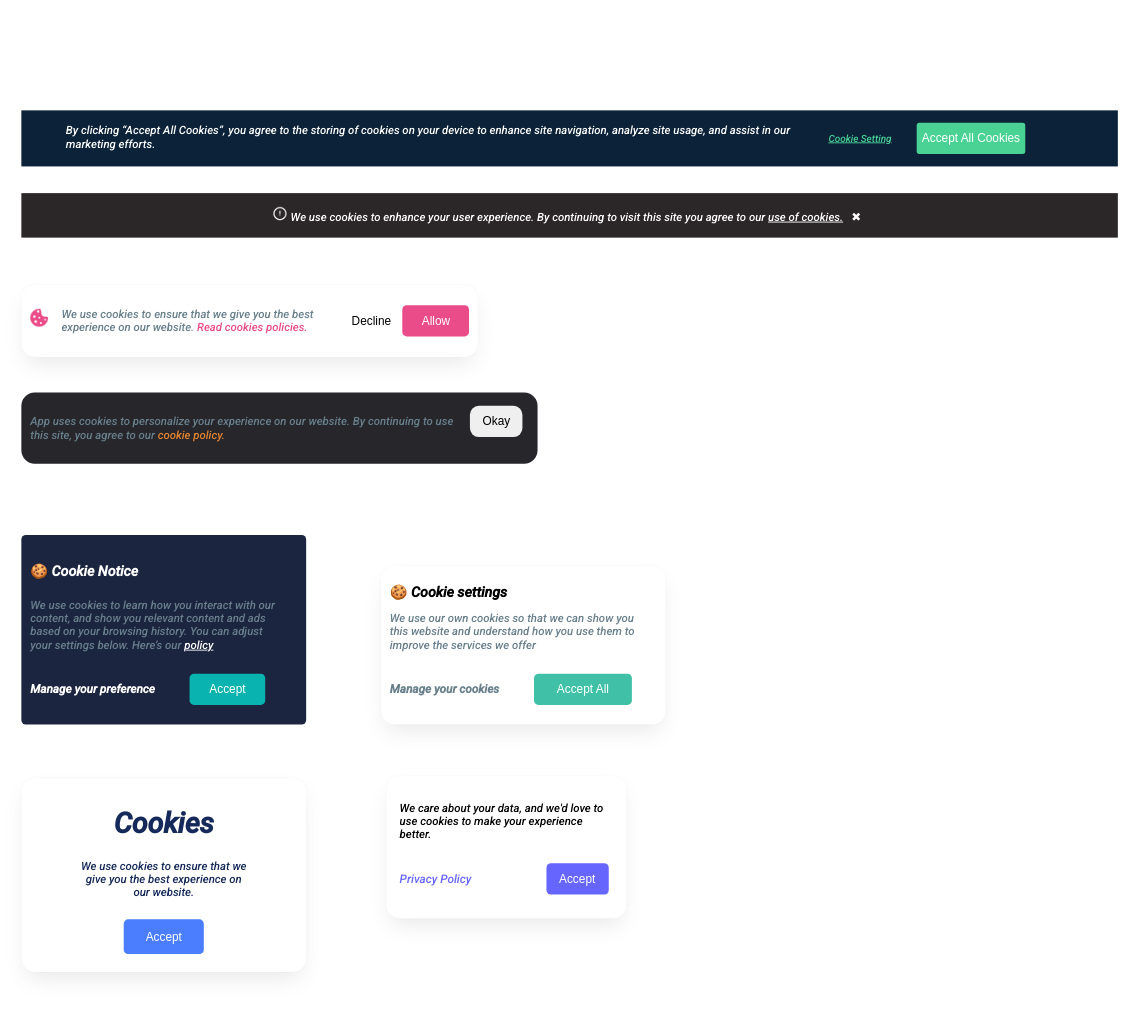
Repository: batonAnton/cursor_cookies_lectr3
Page: index.html
These files come from the project's save history. The page is drawn as it stood at one moment and after the next save; the edit follows.
The browser window is 1280 px wide. The pictures show the whole page, at 89% of full size.

Above is the page before, as saved 2022-06-01 15:16:24.

After the next save:
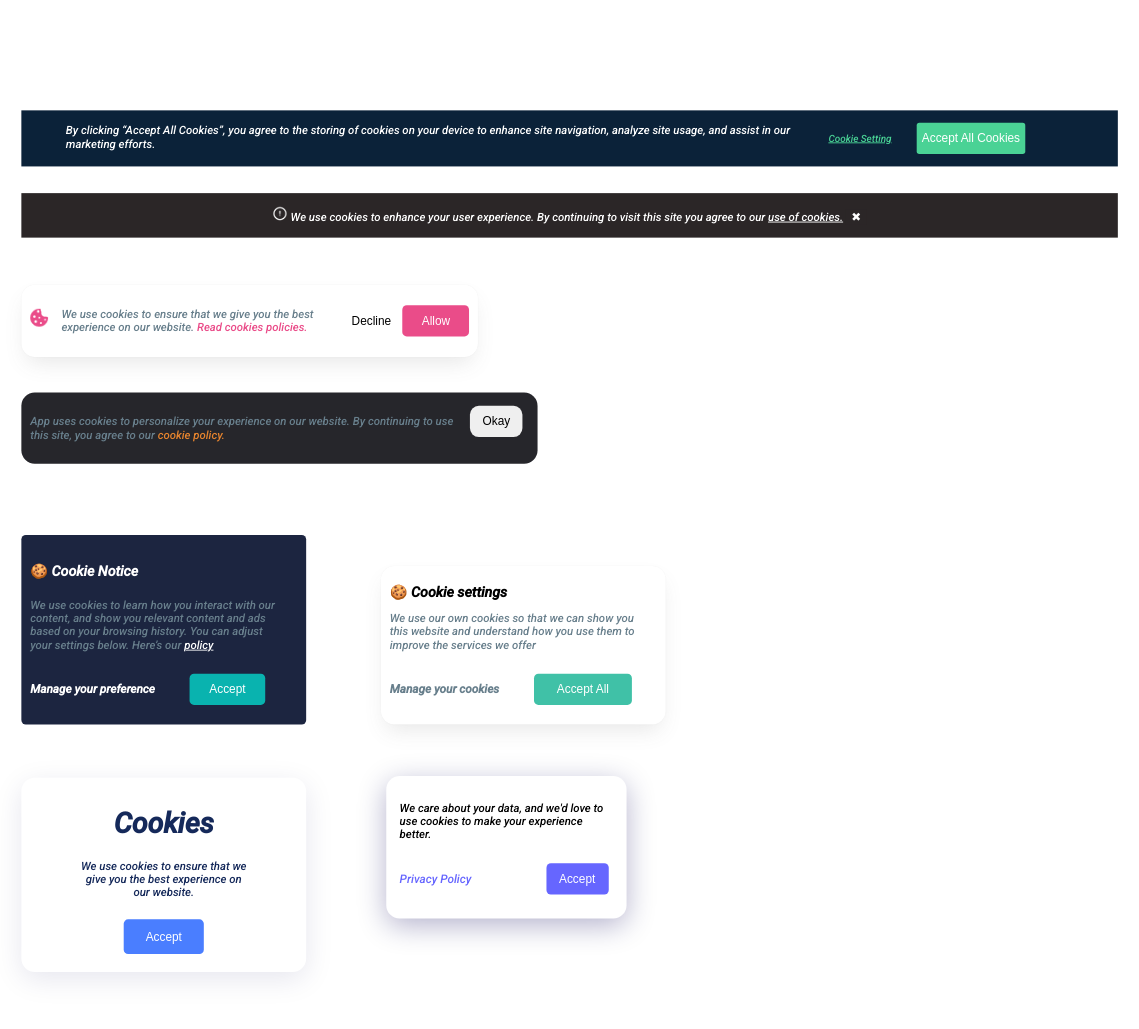
Saved 11 min 55 s later.
--- a/css/style.css
+++ b/css/style.css
@@ -196,8 +196,7 @@ p {
 .banner_7 {
   padding: 10px;
   background: #ffffff;
-  box-shadow: 0px 12px 24px -6px rgba(96, 96, 96, 0.15),
-    0px 0px 1px rgba(96, 96, 96, 0.1);
+  box-shadow:  0px 8px 32px rgba(10, 3, 89, 0.1);
   display: block;
   width: 300px;
   border-radius: 15px;
@@ -225,8 +224,7 @@ p {
 .banner_8 {
   padding: 15px;
   background: #ffffff;
-  box-shadow: 0px 12px 24px -6px rgba(96, 96, 96, 0.15),
-    0px 0px 1px rgba(96, 96, 96, 0.1);
+  box-shadow: 0px 8px 32px rgb(10 3 89 / 30%);
   display: block;
   width: 240px;
   border-radius: 15px;
